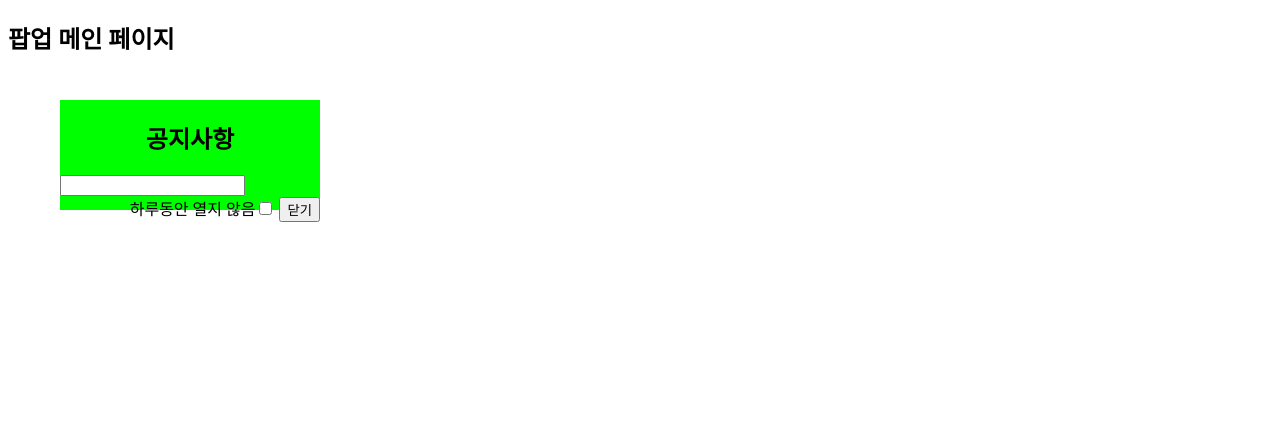
Repository: AHJ2616/Java
Page: http://localhost/board-jsp/04Cookie/PopUpMain_v0.1.jsp
These files come from the project's save history. The page is drawn as it stood at one moment and after the next save; the edit follows.
The browser window is 1280 px wide. The pictures show the whole page.
The page is served by Tomcat 9.

Above is the page before, as saved 2024-07-24 02:03:37.

After the next save:
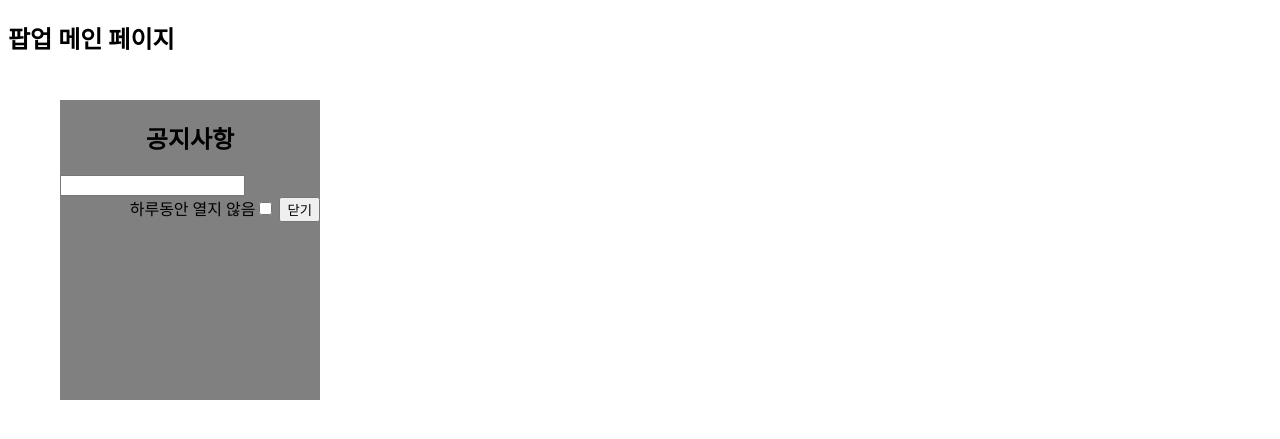
Saved 44 s later.
--- a/jsp_workspace/board-jsp/src/main/webapp/04Cookie/PopUpMain_v0.1.jsp
+++ b/jsp_workspace/board-jsp/src/main/webapp/04Cookie/PopUpMain_v0.1.jsp
@@ -12,7 +12,7 @@
 <style>
 div#popUp{
 position: absolute; top: 100px;/* 위에서 100픽셀 내려와라 */
-left: 60px; color: black; width: 260px; height: 110px; background-color: lime;
+left: 60px; color: black; width: 260px; height: 300px; background-color: gray;
 }
 div#popUp>div{
 
